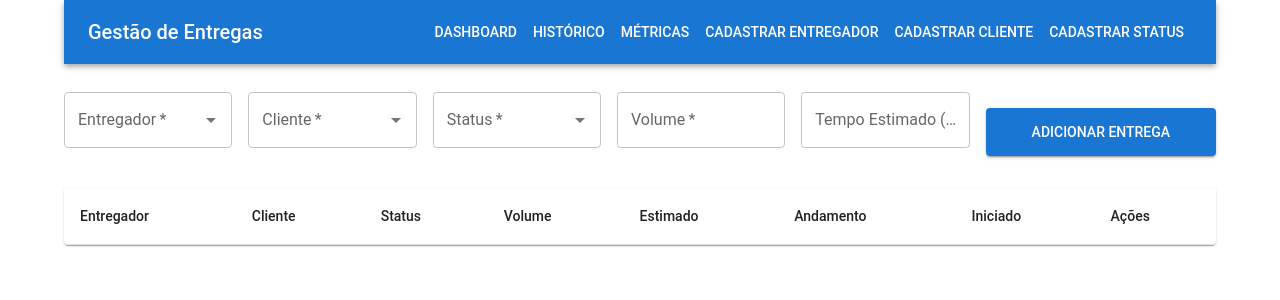
Repository: feliperanon/mobilegestao
Page: /dashboard (app in frontend/)
The author's editor kept a copy of each file at every save. The page is drawn from the files as they stood at one save, then again after the next save.
The browser window is 1280 px wide. The pictures show the whole page.
The page's requests for data from a server got no answer. The project was rebuilt for these pictures with package versions that can differ from the ones it lists, and the page was loaded fresh each time. No one was signed in, and anything a server would have sent is missing. Also part of the build but not shown: frontend/webpack.config.js, frontend/src/pages/Home.js, frontend/src/pages/History.js, frontend/src/pages/Analysis.js, frontend/src/components/Login.js, frontend/src/components/Register.js, frontend/src/components/AddEntregador.js, frontend/src/components/AddCliente.js and 2 more.

Above is the page before, as saved 2024-07-20 20:27:47.

### frontend/public/index.html
<!-- frontend/public/index.html -->

<!DOCTYPE html>
<html lang="en">
<head>
    <meta charset="UTF-8">
    <meta name="viewport" content="width=device-width, initial-scale=1.0">
    <title>Mobile Gestão</title>
</head>
<body>
    <div id="root"></div>
</body>
</html>

### frontend/src/index.js
import React from 'react';
import { createRoot } from 'react-dom/client';
import { BrowserRouter as Router, Route, Routes } from 'react-router-dom';
import { ThemeProvider, createTheme } from '@mui/material/styles';
import CssBaseline from '@mui/material/CssBaseline';
import Home from './pages/Home';
import History from './pages/History';
import Analysis from './pages/Analysis';
import Dashboard from './components/Dashboard';
import Login from './components/Login';
import Register from './components/Register';
import AddEntregador from './components/AddEntregador';
import AddCliente from './components/AddCliente';
import AddStatus from './components/AddStatus';
import Metrics from './components/Metrics';

const theme = createTheme({
  palette: {
    primary: {
      main: '#1976d2',
    },
    secondary: {
      main: '#dc004e',
    },
  },
  typography: {
    fontFamily: 'Roboto, Arial, sans-serif',
  },
});

const container = document.getElementById('root');
const root = createRoot(container);

root.render(
  <ThemeProvider theme={theme}>
    <CssBaseline />
    <Router>
      <Routes>
        <Route path="/" element={<Home />} />
        <Route path="/login" element={<Login />} />
        <Route path="/register" element={<Register />} />
        <Route path="/dashboard" element={<Dashboard />} />
        <Route path="/history" element={<History />} />
        <Route path="/analysis" element={<Analysis />} />
        <Route path="/metrics" element={<Metrics />} />
        <Route path="/add-entregador" element={<AddEntregador />} />
        <Route path="/add-cliente" element={<AddCliente />} />
        <Route path="/add-status" element={<AddStatus />} />
      </Routes>
    </Router>
  </ThemeProvider>
);

### frontend/src/components/Dashboard.js
import React, { useEffect, useState } from 'react';
import axios from 'axios';
import {
  Container,
  Typography,
  Box,
  Button,
  Table,
  TableBody,
  TableCell,
  TableContainer,
  TableHead,
  TableRow,
  Paper,
  IconButton,
  Dialog,
  DialogActions,
  DialogContent,
  DialogContentText,
  DialogTitle,
  TextField,
} from '@mui/material';
import Autocomplete from '@mui/material/Autocomplete';
import EditIcon from '@mui/icons-material/Edit';
import DeleteIcon from '@mui/icons-material/Delete';
import DoneIcon from '@mui/icons-material/Done';
import Navigation from './Navigation';

const Dashboard = () => {
  const [deliveries, setDeliveries] = useState([]);
  const [entregadores, setEntregadores] = useState([]);
  const [clientes, setClientes] = useState([]);
  const [statusList, setStatusList] = useState([]);
  const [entregador, setEntregador] = useState(null);
  const [cliente, setCliente] = useState(null);
  const [status, setStatus] = useState(null);
  const [volume, setVolume] = useState('');
  const [tempoEstimado, setTempoEstimado] = useState('');
  const [editDialogOpen, setEditDialogOpen] = useState(false);
  const [editDeliveryId, setEditDeliveryId] = useState(null);
  const [editEntregador, setEditEntregador] = useState(null);
  const [deleteDialogOpen, setDeleteDialogOpen] = useState(false);
  const [deleteDeliveryId, setDeleteDeliveryId] = useState(null);

  useEffect(() => {
    const fetchData = async () => {
      const deliveriesRes = await axios.get('http://localhost:5008/api/deliveries');
      const updatedDeliveries = deliveriesRes.data.map(delivery => ({
        ...delivery,
        tempoEmAndamento: Math.floor((Date.now() - new Date(delivery.iniciado)) / 60000)
      }));
      setDeliveries(updatedDeliveries);

      const entregadoresRes = await axios.get('http://localhost:5008/api/lists/entregadores');
      setEntregadores(entregadoresRes.data);

      const clientesRes = await axios.get('http://localhost:5008/api/lists/clientes');
      setClientes(clientesRes.data);

      const statusRes = await axios.get('http://localhost:5008/api/lists/status');
      setStatusList(statusRes.data);
    };

    fetchData();

    const intervalId = setInterval(() => {
      setDeliveries((prevDeliveries) =>
        prevDeliveries.map((delivery) => ({
          ...delivery,
          tempoEmAndamento: Math.floor((Date.now() - new Date(delivery.iniciado)) / 60000)
        }))
      );
    }, 60000);

    return () => clearInterval(intervalId);
  }, []);

  const handleSubmit = async (e) => {
    e.preventDefault();
    if (!entregador || !cliente || !status) {
      alert('Por favor, preencha todos os campos obrigatórios.');
      return;
    }
    try {
      const res = await axios.post('http://localhost:5008/api/deliveries', {
        entregador: entregador?.nome,
        cliente: cliente?.nome,
        status: status?.nome,
        volume,
        tempoEstimado,
      });
      setDeliveries([{
        ...res.data,
        tempoEmAndamento: 0
      }, ...deliveries]);
      setEntregador(null);
      setCliente(null);
      setStatus(null);
      setVolume('');
      setTempoEstimado('');
    } catch (err) {
      console.error(err);
    }
  };

  const handleEditSubmit = async (e) => {
    e.preventDefault();
    try {
      await axios.patch(`http://localhost:5008/api/deliveries/${editDeliveryId}`, { entregador: editEntregador?.nome });
      const updatedDeliveries = deliveries.map((delivery) =>
        delivery._id === editDeliveryId ? { ...delivery, entregador: editEntregador?.nome } : delivery
      );
      setDeliveries(updatedDeliveries);
      setEditDialogOpen(false);
      setEditDeliveryId(null);
      setEditEntregador(null);
    } catch (err) {
      console.error(err);
    }
  };

  const handleFinalize = async (id) => {
    try {
      await axios.patch(`http://localhost:5008/api/deliveries/${id}/finalize`);
      const updatedDeliveries = deliveries.filter((delivery) => delivery._id !== id);
      setDeliveries(updatedDeliveries);
    } catch (err) {
      console.error(err);
    }
  };

  const handleDelete = async (id) => {
    try {
      await axios.delete(`http://localhost:5008/api/deliveries/${id}`);
      const updatedDeliveries = deliveries.filter((delivery) => delivery._id !== id);
      setDeliveries(updatedDeliveries);
      closeDeleteDialog();
    } catch (err) {
      console.error(err);
    }
  };

  const openEditDialog = (id, currentEntregador) => {
    setEditDeliveryId(id);
    setEditEntregador({ nome: currentEntregador });
    setEditDialogOpen(true);
  };

  const openDeleteDialog = (id) => {
    setDeleteDeliveryId(id);
    setDeleteDialogOpen(true);
  };

  const closeEditDialog = () => {
    setEditDialogOpen(false);
    setEditDeliveryId(null);
    setEditEntregador(null);
  };

  const closeDeleteDialog = () => {
    setDeleteDialogOpen(false);
    setDeleteDeliveryId(null);
  };

  return (
    <Container>
      <Navigation />
      <Typography variant="h4" component="h1" gutterBottom>
              </Typography>
      <Box component="form" onSubmit={handleSubmit} sx={{ mb: 4, display: 'flex', flexDirection: 'row', flexWrap: 'wrap', gap: 2 }}>
        <Autocomplete
          options={entregadores}
          getOptionLabel={(option) => option.nome}
          value={entregador}
          onChange={(event, newValue) => setEntregador(newValue)}
          renderInput={(params) => <TextField {...params} label="Entregador" margin="normal" fullWidth required />}
          sx={{ flex: 1 }}
        />
        <Autocomplete
          options={clientes}
          getOptionLabel={(option) => option.nome}
          value={cliente}
          onChange={(event, newValue) => setCliente(newValue)}
          renderInput={(params) => <TextField {...params} label="Cliente" margin="normal" fullWidth required />}
          sx={{ flex: 1 }}
        />
        <Autocomplete
          options={statusList}
          getOptionLabel={(option) => option.nome}
          value={status}
          onChange={(event, newValue) => setStatus(newValue)}
          renderInput={(params) => <TextField {...params} label="Status" margin="normal" fullWidth required />}
          sx={{ flex: 1 }}
        />
        <TextField
          label="Volume"
          type="number"
          value={volume}
          onChange={(e) => setVolume(e.target.value)}
          fullWidth
          required
          margin="normal"
          sx={{ flex: 1 }}
        />
        <TextField
          label="Tempo Estimado (minutos)"
          type="number"
          value={tempoEstimado}
          onChange={(e) => setTempoEstimado(e.target.value)}
          fullWidth
          required
          margin="normal"
          sx={{ flex: 1 }}
        />
        <Button type="submit" variant="contained" color="primary" sx={{ mt: 4, flexBasis: '20%' }}>
          Adicionar Entrega
        </Button>
      </Box>
      <TableContainer component={Paper}>
        <Table>
          <TableHead>
            <TableRow>
              <TableCell>Entregador</TableCell>
              <TableCell>Cliente</TableCell>
              <TableCell>Status</TableCell>
              <TableCell>Volume</TableCell>
              <TableCell>Estimado</TableCell>
              <TableCell>Andamento</TableCell>
              <TableCell>Iniciado</TableCell>
              <TableCell>Ações</TableCell>
            </TableRow>
          </TableHead>
          <TableBody>
            {deliveries.map((delivery) => (
              <TableRow key={delivery._id}>
                <TableCell>{delivery.entregador}</TableCell>
                <TableCell>{delivery.cliente}</TableCell> {/* Tratamento como string */}
                <TableCell>{delivery.status}</TableCell>
                <TableCell>{delivery.volume}</TableCell>
                <TableCell>{delivery.tempoEstimado}</TableCell>
                <TableCell>{delivery.tempoEmAndamento}</TableCell>
                <TableCell>{new Date(delivery.iniciado).toLocaleString()}</TableCell>
                <TableCell>
                  <IconButton onClick={() => openEditDialog(delivery._id, delivery.entregador)}>
                    <EditIcon />
                  </IconButton>
                  <IconButton onClick={() => handleFinalize(delivery._id)}>
                    <DoneIcon />
                  </IconButton>
                  <IconButton onClick={() => openDeleteDialog(delivery._id)}>
                    <DeleteIcon />
                  </IconButton>
                </TableCell>
              </TableRow>
            ))}
          </TableBody>
        </Table>
      </TableContainer>

      <Dialog open={editDialogOpen} onClose={closeEditDialog}>
        <DialogTitle>Editar Entregador</DialogTitle>
        <DialogContent>
          <DialogContentText>Selecione um novo entregador para a entrega.</DialogContentText>
          <Autocomplete
            options={entregadores}
            getOptionLabel={(option) => option.nome}
            value={editEntregador}
            onChange={(event, newValue) => setEditEntregador(newValue)}
            renderInput={(params) => <TextField {...params} label="Entregador" margin="normal" fullWidth required />}
          />
        </DialogContent>
        <DialogActions>
          <Button onClick={closeEditDialog}>Cancelar</Button>
          <Button onClick={handleEditSubmit} color="primary">Salvar</Button>
        </DialogActions>
      </Dialog>

      <Dialog open={deleteDialogOpen} onClose={closeDeleteDialog}>
        <DialogTitle>Confirmar Exclusão</DialogTitle>
        <DialogContent>
          <DialogContentText>Tem certeza de que deseja excluir esta entrega?</DialogContentText>
        </DialogContent>
        <DialogActions>
          <Button onClick={closeDeleteDialog}>Cancelar</Button>
          <Button onClick={() => handleDelete(deleteDeliveryId)} color="primary">Excluir</Button>
        </DialogActions>
      </Dialog>
    </Container>
  );
};

export default Dashboard;

### frontend/src/components/Navigation.js
import React from 'react';
import { Link } from 'react-router-dom';
import { AppBar, Toolbar, Typography, Button } from '@mui/material';

const Navigation = () => {
  return (
    <AppBar position="static">
      <Toolbar>
        <Typography variant="h6" sx={{ flexGrow: 1 }}>
          Gestão de Entregas
        </Typography>
        <Button color="inherit" component={Link} to="/dashboard">Dashboard</Button>
        <Button color="inherit" component={Link} to="/history">Histórico</Button>
        <Button color="inherit" component={Link} to="/metrics">Métricas</Button>
        <Button color="inherit" component={Link} to="/add-entregador">Cadastrar Entregador</Button>
        <Button color="inherit" component={Link} to="/add-cliente">Cadastrar Cliente</Button>
        <Button color="inherit" component={Link} to="/add-status">Cadastrar Status</Button>
      </Toolbar>
    </AppBar>
  );
};

export default Navigation;

After the next save:
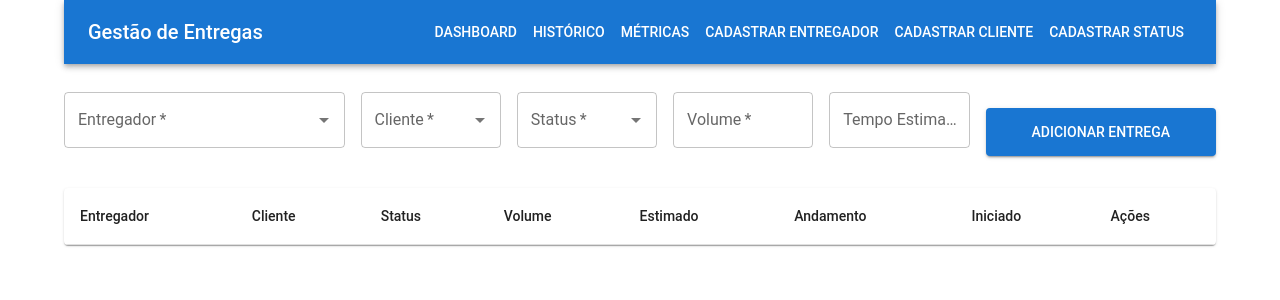
Saved 10 s later.
--- a/frontend/src/components/Dashboard.js
+++ b/frontend/src/components/Dashboard.js
@@ -174,7 +174,7 @@ const Dashboard = () => {
           value={entregador}
           onChange={(event, newValue) => setEntregador(newValue)}
           renderInput={(params) => <TextField {...params} label="Entregador" margin="normal" fullWidth required />}
-          sx={{ flex: 1 }}
+          sx={{ flex: 2 }}
         />
         <Autocomplete
           options={clientes}
